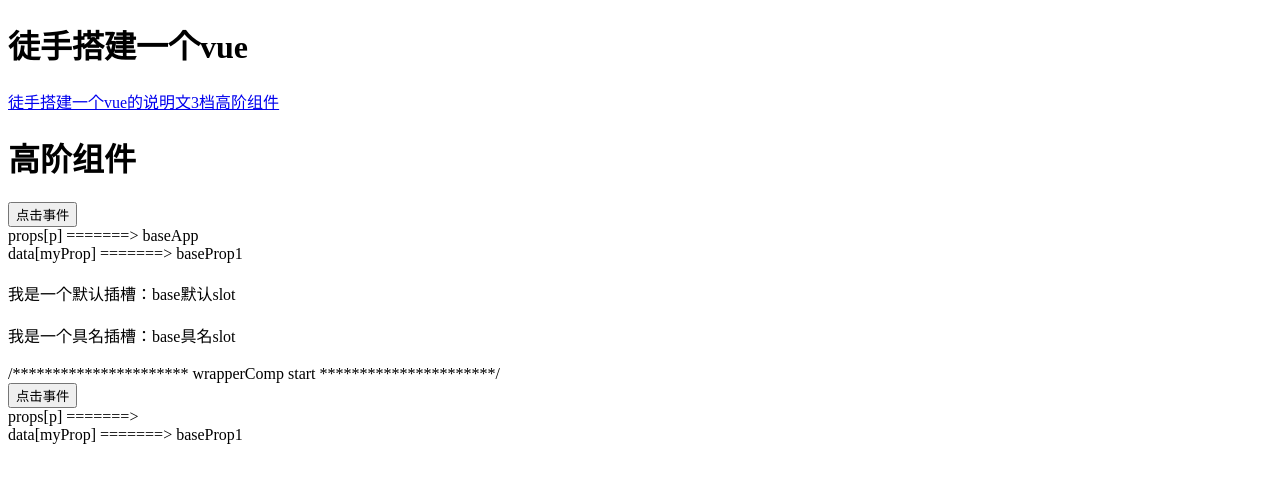
Repository: yuWhy/vue-build-cli
Page: /#/hightOrderComponents
These files come from the project's save history. The page is drawn as it stood at one moment and after the next save; the edit follows.
The browser window is 1280 px wide. The pictures show the whole page.
The project was rebuilt for these pictures with package versions that can differ from the ones it lists, and the page was loaded fresh each time. Also part of the build but not shown: webpack.config.js, src/router/index.js.

Above is the page before, as saved 2021-02-22 10:53:42.

### index.html
<!DOCTYPE html>
<html lang="en">

<head>
  <meta charset="utf-8">
  <meta http-equiv="X-UA-Compatible" content="IE=edge">
  <meta name="viewport" content="width=device-width,initial-scale=1.0">
</head>

<body>
  <div id="app"></div>
</body>

</html>

### src/main.js
import Vue from 'vue'
import App from "./App.vue"
import router from './router/index.js'

new Vue({
  el: '#app',
  router,
  render: h => h(App)
})

### src/App.vue
<template>
  <div id="app">
    <h1>{{msg}}</h1>
    <router-link to="vueBuild">徒手搭建一个vue的说明文3档</router-link>
    <router-link to="hightOrderComponents">高阶组件</router-link>
    <router-view></router-view>
  </div>
</template>

<script>
export default {
  name: 'App',
  data() {
    return {
      msg: '徒手搭建一个vue'
    }
  }
}
</script>

### src/pages/HightOrderComponents/index.vue
<template>
  <div>
    <h1>高阶组件</h1>
    <baseComp @handle-click="handle" p="baseApp">
      <div>我是一个默认插槽：base默认slot</div>
      <template v-slot:sname>
        <div>我是一个具名插槽：base具名slot</div>
      </template>
    </baseComp>
     <br />
    /********************** wrapperComp start **********************/
    <br />
    <wrapperComp @handle-click="handle" p="wrapperApp">
      <div>我是一个默认插槽：wrappe默认slot</div>
      <template v-slot:sname>
        <div>我是一个具名插槽：wrappe具名slot</div>
      </template>
    </wrapperComp>
  </div>
</template>

<script>
import baseComp from './components/baseComp.vue'
import hoc from './components/hoc.js'
const wrapperComp = hoc(baseComp)
export default {
  name: 'hightOrderComponents',
  components: { baseComp, wrapperComp },
  methods: {
    handle() {
      alert('tyty')
    }
  }
}
</script>

### src/pages/HightOrderComponents/components/baseComp.vue
<template>
  <div>
    <button @click="$emit('handle-click')">点击事件</button><br>
    props[p] =======> {{p}} <br>
    data[myProp] =======> {{myProp}}<br><br>
    <slot /><br>
    <slot name="sname" />
  </div>
</template>
<script>
export default {
  props: ['p'],
  components: {},
  data() {
    return {
      myProp: 'baseProp1'
    }
  },
  created() {},
  methods: {},
  mounted() {},
  computed: {}
}
</script>

### src/pages/HightOrderComponents/components/hoc.js
export default function Wrapper(baseComp) {
  return {
    data() {
      return {}
    },
    mounted() {},
    render(h) {
      return h(baseComp, {})
    }
  }
}

After the next save:
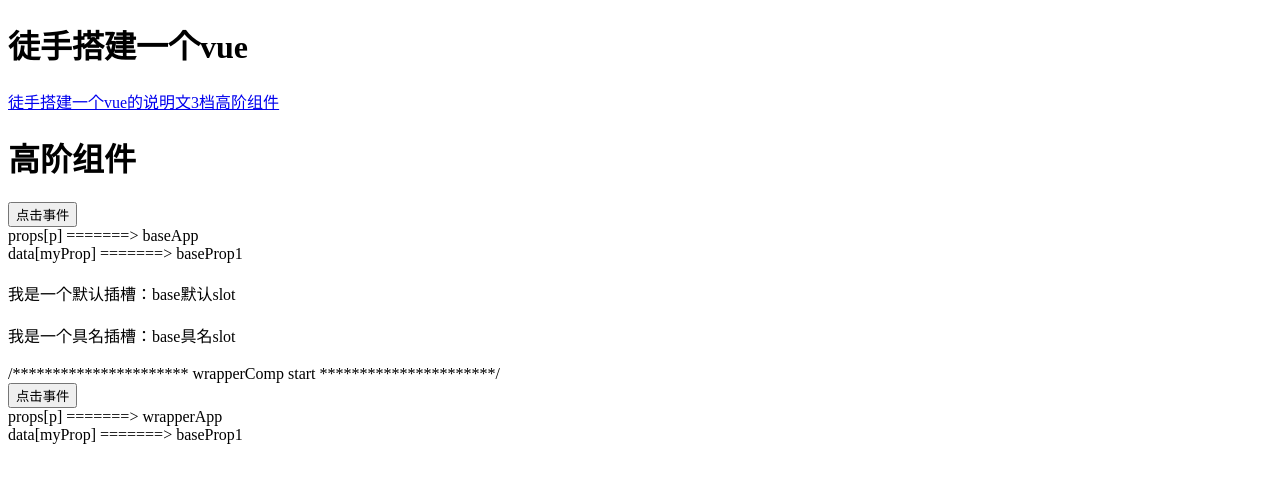
Saved 60 s later.
--- a/src/pages/HightOrderComponents/components/hoc.js
+++ b/src/pages/HightOrderComponents/components/hoc.js
@@ -5,7 +5,11 @@ export default function Wrapper(baseComp) {
     },
     mounted() {},
     render(h) {
-      return h(baseComp, {})
+      return h(baseComp, {
+        on: this.$listeners,
+        attrs: this.$attrs,
+        props: this.$props
+      })
     }
   }
 }
